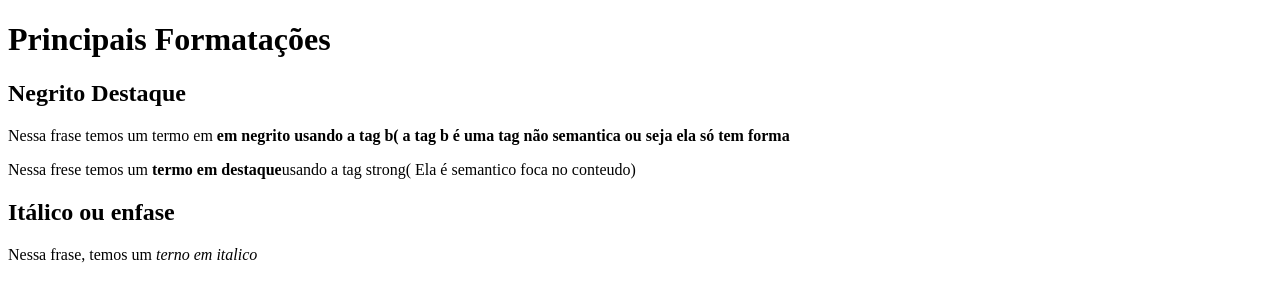
Repository: Guillermomarcon/exercicios
Page: ex008/index.html
An editor plug-in stored every save of this project. The page is shown before and after the next save, followed by the edit.
The browser window is 1280 px wide. The pictures show the whole page.

Above is the page before, as saved 2020-12-08 01:39:19.

After the next save:
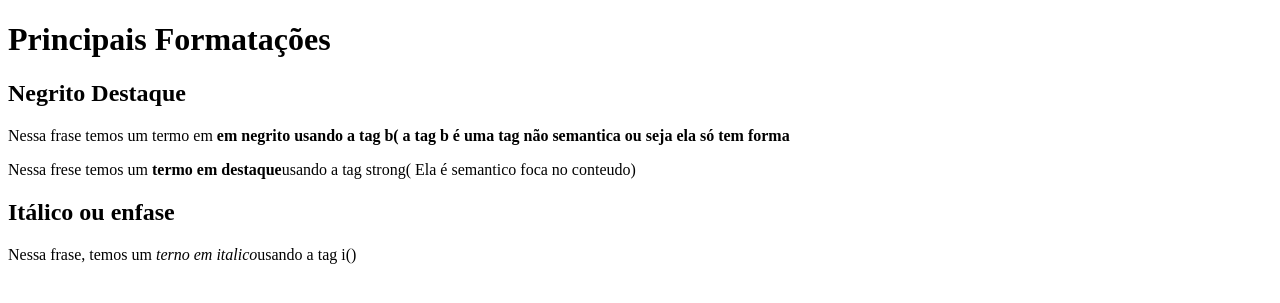
Saved 18 s later.
--- a/ex008/index.html
+++ b/ex008/index.html
@@ -11,7 +11,7 @@
     <p>Nessa frase temos um termo em <b>em negrito usando a tag b( a tag b é uma tag não semantica ou seja ela só tem forma</b> </p>
     <p>Nessa frese temos um <strong>termo em destaque</strong>usando a tag strong( Ela é semantico foca no conteudo) </p>
     <h2>Itálico ou enfase</h2>
-    <p>Nessa frase, temos um <i>terno em italico</i> </p>
+    <p>Nessa frase, temos um <i>terno em italico</i>usando a tag i() </p>
 
 
 
